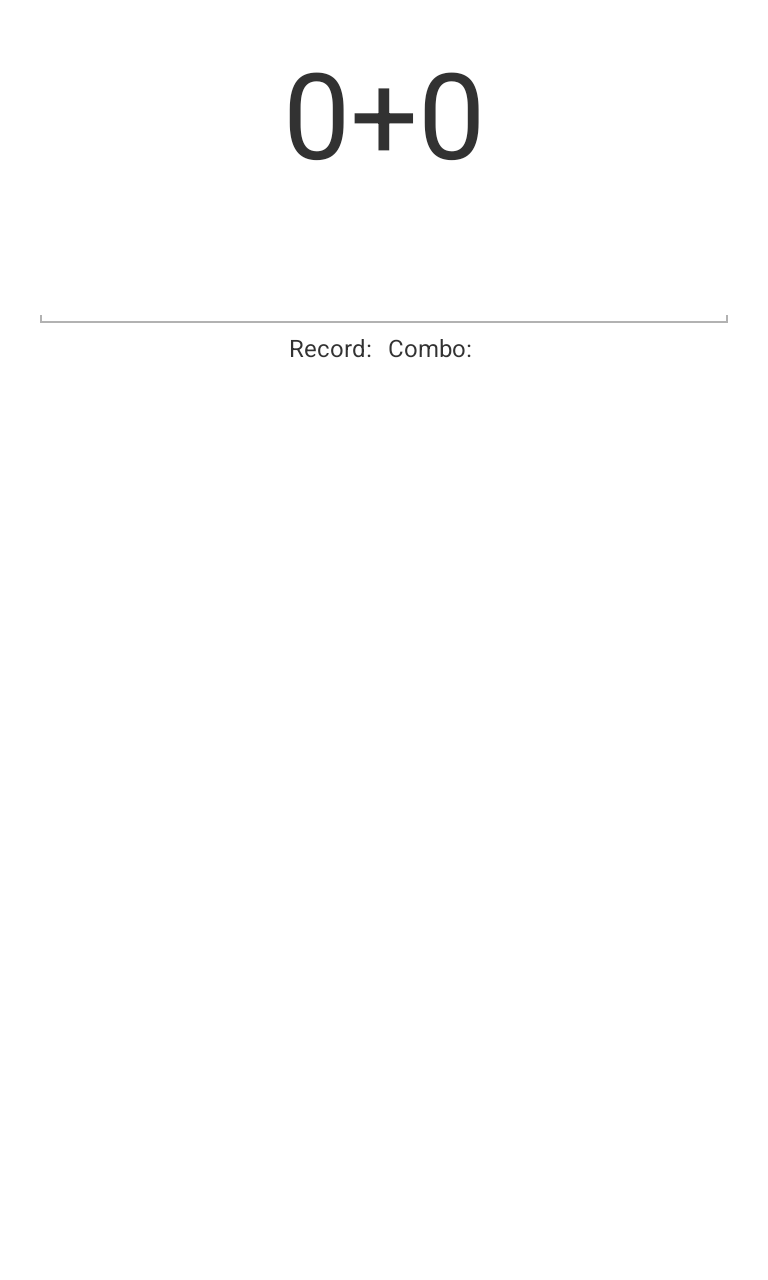
Repository: l2y/MathQuizApp
Layout: MathQuiz/res/layout/activity_quiz.xml
An editor plug-in stored every save of this project. The layout is shown before and after the next save, followed by the edit.
It is drawn on a 768 x 1280 px phone screen (xhdpi) without system bars, with theme AppTheme; the app's code is not run.

Above is the layout before, as saved 2014-04-08 02:40:22.

### MathQuiz/res/layout/activity_quiz.xml
<RelativeLayout xmlns:android="http://schemas.android.com/apk/res/android"
    xmlns:tools="http://schemas.android.com/tools"
    android:layout_width="match_parent"
    android:layout_height="match_parent"
    android:paddingBottom="@dimen/activity_vertical_margin"
    android:paddingLeft="@dimen/activity_horizontal_margin"
    android:paddingRight="@dimen/activity_horizontal_margin"
    android:paddingTop="@dimen/activity_vertical_margin"
    tools:context=".QuizActivity" >

    <LinearLayout
        android:layout_width="fill_parent"
        android:layout_height="wrap_content"
        android:layout_alignParentTop="true"
        android:id="@+id/question"
        android:gravity="center_horizontal"
        android:layout_marginBottom="30dp">
	    <TextView
	        android:layout_width="wrap_content"
	        android:layout_height="wrap_content"
	        android:text="@string/zero"
	        android:id="@+id/number_1"
	        android:textSize="60sp"/>
	    <TextView
	        android:layout_width="wrap_content"
	        android:layout_height="wrap_content"
	        android:text="@string/operation"
	        android:id="@+id/operation"
	        android:textSize="60sp"/>
	    <TextView
	        android:layout_width="wrap_content"
	        android:layout_height="wrap_content"
	        android:text="@string/zero"
	        android:id="@+id/number_2"
	        android:textSize="60sp"/>
	</LinearLayout>
    <EditText
        android:inputType="number"
        android:layout_width="match_parent"
        android:layout_height="wrap_content"
        android:id="@+id/answer"
        android:layout_below="@+id/question"
        android:gravity="center_horizontal"
        android:windowSoftInputMode="stateAlwaysVisible|adjustPan" />
     <LinearLayout
        android:layout_width="fill_parent"
        android:layout_height="wrap_content"
        android:layout_below="@+id/answer"
        android:id="@+id/statistics"
        android:gravity="center_horizontal"
        android:layout_marginBottom="30dp">
	    <TextView
	        android:layout_width="wrap_content"
	        android:layout_height="wrap_content"
	        android:text="Record: "
	        android:textSize="12sp"/>
	    <TextView
	        android:layout_width="wrap_content"
	        android:layout_height="wrap_content"
	        android:id="@+id/record"
	         android:textSize="12sp"/>
	    <TextView
	        android:layout_width="wrap_content"
	        android:layout_height="wrap_content"
	        android:text="Combo: "
	        android:textSize="12sp"
	        android:layout_marginLeft="5dp"/>
	    <TextView
	        android:layout_width="wrap_content"
	        android:layout_height="wrap_content"
	        android:id="@+id/combo"
	         android:textSize="12sp"/>
	 </LinearLayout>
</RelativeLayout>

### MathQuiz/res/values/strings.xml
<?xml version="1.0" encoding="utf-8"?>
<resources>

    <string name="app_name">Brain Up Mathematics</string>
    <string name="action_settings">Settings</string>
    <string name="title">The Math Quizapp</string>
    <string name="title_activity_quiz">QuizActivity</string>
    <string name="holder_equation">9 x 9 = ?</string>

<!--     Button Names -->
	<string name="start">START</string>
	<string name="leaderboards">LEADERBOARDS</string>
	<string name="other">OTHER</string>

	<string name="filler">Brown Fox jumped or something.</string>
	<string name="zero">0</string>
	<string name="operation">+</string>

</resources>

Loaded but not shown: MathQuiz/res/values/styles.xml (common file); MathQuiz/res/values-v11/styles.xml (common file); MathQuiz/res/values-v14/styles.xml (common file); MathQuiz/res/values/dimens.xml (common file)

After the next save:
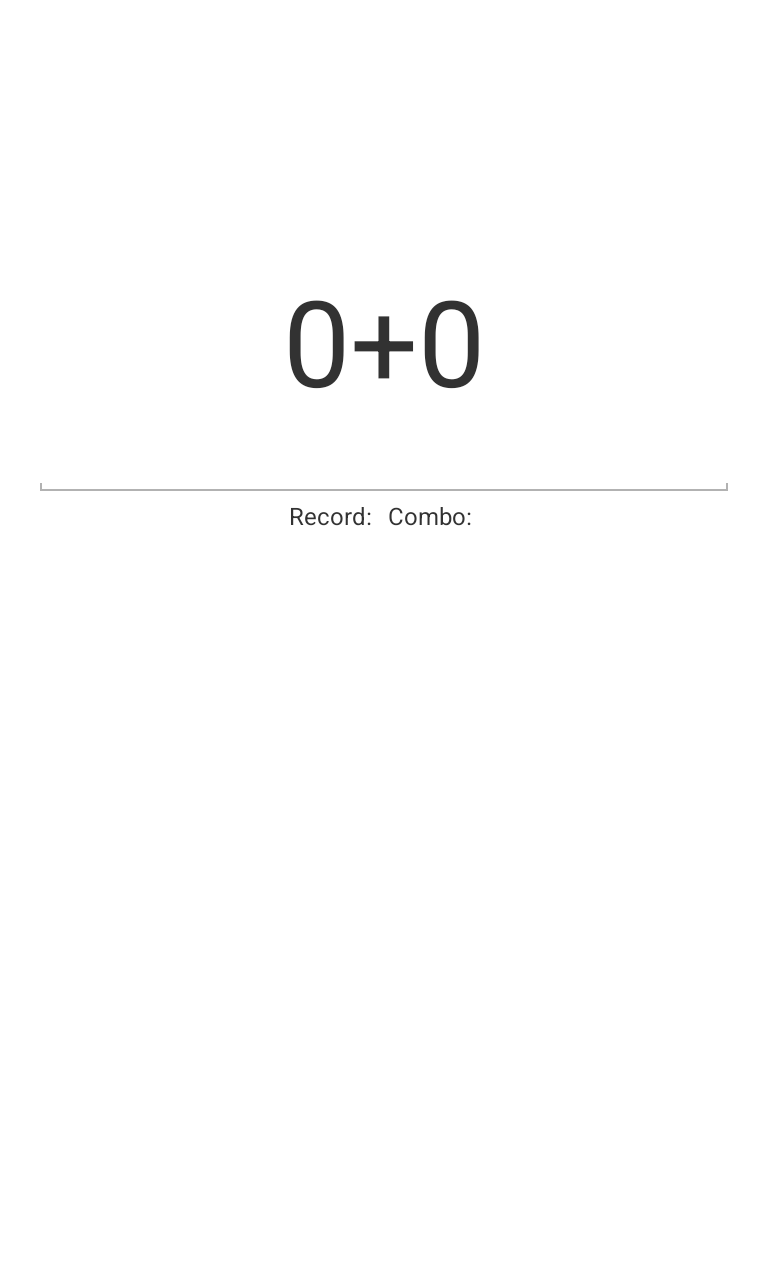
Saved 4 min 28 s later.
--- a/MathQuiz/res/layout/activity_quiz.xml
+++ b/MathQuiz/res/layout/activity_quiz.xml
@@ -7,33 +7,6 @@
     android:paddingRight="@dimen/activity_horizontal_margin"
     android:paddingTop="@dimen/activity_vertical_margin"
     tools:context=".QuizActivity" >
-
-    <LinearLayout
-        android:layout_width="fill_parent"
-        android:layout_height="wrap_content"
-        android:layout_alignParentTop="true"
-        android:id="@+id/question"
-        android:gravity="center_horizontal"
-        android:layout_marginBottom="30dp">
-	    <TextView
-	        android:layout_width="wrap_content"
-	        android:layout_height="wrap_content"
-	        android:text="@string/zero"
-	        android:id="@+id/number_1"
-	        android:textSize="60sp"/>
-	    <TextView
-	        android:layout_width="wrap_content"
-	        android:layout_height="wrap_content"
-	        android:text="@string/operation"
-	        android:id="@+id/operation"
-	        android:textSize="60sp"/>
-	    <TextView
-	        android:layout_width="wrap_content"
-	        android:layout_height="wrap_content"
-	        android:text="@string/zero"
-	        android:id="@+id/number_2"
-	        android:textSize="60sp"/>
-	</LinearLayout>
     <EditText
         android:inputType="number"
         android:layout_width="match_parent"
@@ -71,4 +44,36 @@
 	        android:id="@+id/combo"
 	         android:textSize="12sp"/>
 	 </LinearLayout>
+
+     <LinearLayout
+         android:id="@+id/question"
+         android:layout_width="fill_parent"
+         android:layout_height="wrap_content"
+         android:layout_alignLeft="@+id/answer"
+         android:layout_alignParentTop="true"
+         android:layout_marginTop="114dp"
+         android:gravity="center_horizontal" >
+
+         <TextView
+             android:id="@+id/number_1"
+             android:layout_width="wrap_content"
+             android:layout_height="wrap_content"
+             android:text="@string/zero"
+             android:textSize="60sp" />
+
+         <TextView
+             android:id="@+id/operation"
+             android:layout_width="wrap_content"
+             android:layout_height="wrap_content"
+             android:text="@string/operation"
+             android:textSize="60sp" />
+
+         <TextView
+             android:id="@+id/number_2"
+             android:layout_width="wrap_content"
+             android:layout_height="wrap_content"
+             android:text="@string/zero"
+             android:textSize="60sp" />
+     </LinearLayout>
+
 </RelativeLayout>

After the save that followed:
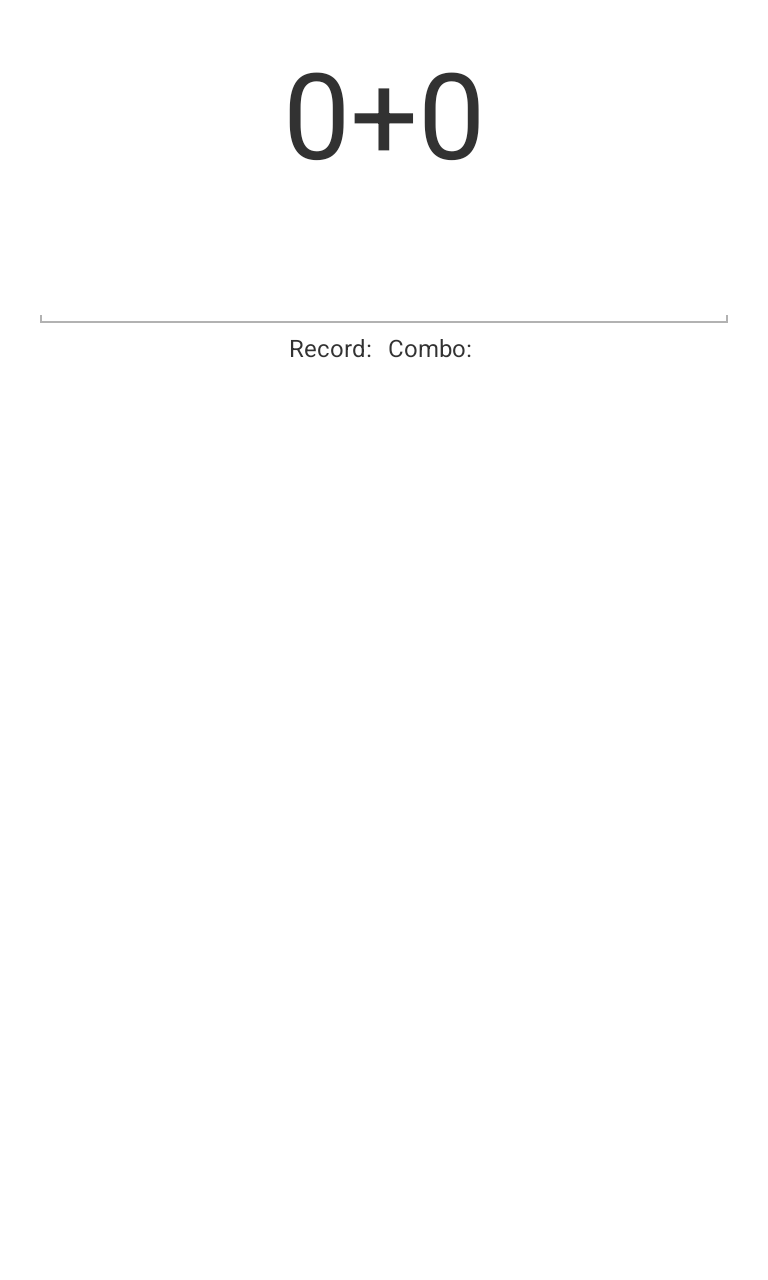
Saved 11 s later.
--- a/MathQuiz/res/layout/activity_quiz.xml
+++ b/MathQuiz/res/layout/activity_quiz.xml
@@ -7,6 +7,33 @@
     android:paddingRight="@dimen/activity_horizontal_margin"
     android:paddingTop="@dimen/activity_vertical_margin"
     tools:context=".QuizActivity" >
+
+    <LinearLayout
+        android:layout_width="fill_parent"
+        android:layout_height="wrap_content"
+        android:layout_alignParentTop="true"
+        android:id="@+id/question"
+        android:gravity="center_horizontal"
+        android:layout_marginBottom="30dp">
+	    <TextView
+	        android:layout_width="wrap_content"
+	        android:layout_height="wrap_content"
+	        android:text="@string/zero"
+	        android:id="@+id/number_1"
+	        android:textSize="60sp"/>
+	    <TextView
+	        android:layout_width="wrap_content"
+	        android:layout_height="wrap_content"
+	        android:text="@string/operation"
+	        android:id="@+id/operation"
+	        android:textSize="60sp"/>
+	    <TextView
+	        android:layout_width="wrap_content"
+	        android:layout_height="wrap_content"
+	        android:text="@string/zero"
+	        android:id="@+id/number_2"
+	        android:textSize="60sp"/>
+	</LinearLayout>
     <EditText
         android:inputType="number"
         android:layout_width="match_parent"
@@ -44,36 +71,4 @@
 	        android:id="@+id/combo"
 	         android:textSize="12sp"/>
 	 </LinearLayout>
-
-     <LinearLayout
-         android:id="@+id/question"
-         android:layout_width="fill_parent"
-         android:layout_height="wrap_content"
-         android:layout_alignLeft="@+id/answer"
-         android:layout_alignParentTop="true"
-         android:layout_marginTop="114dp"
-         android:gravity="center_horizontal" >
-
-         <TextView
-             android:id="@+id/number_1"
-             android:layout_width="wrap_content"
-             android:layout_height="wrap_content"
-             android:text="@string/zero"
-             android:textSize="60sp" />
-
-         <TextView
-             android:id="@+id/operation"
-             android:layout_width="wrap_content"
-             android:layout_height="wrap_content"
-             android:text="@string/operation"
-             android:textSize="60sp" />
-
-         <TextView
-             android:id="@+id/number_2"
-             android:layout_width="wrap_content"
-             android:layout_height="wrap_content"
-             android:text="@string/zero"
-             android:textSize="60sp" />
-     </LinearLayout>
-
 </RelativeLayout>
